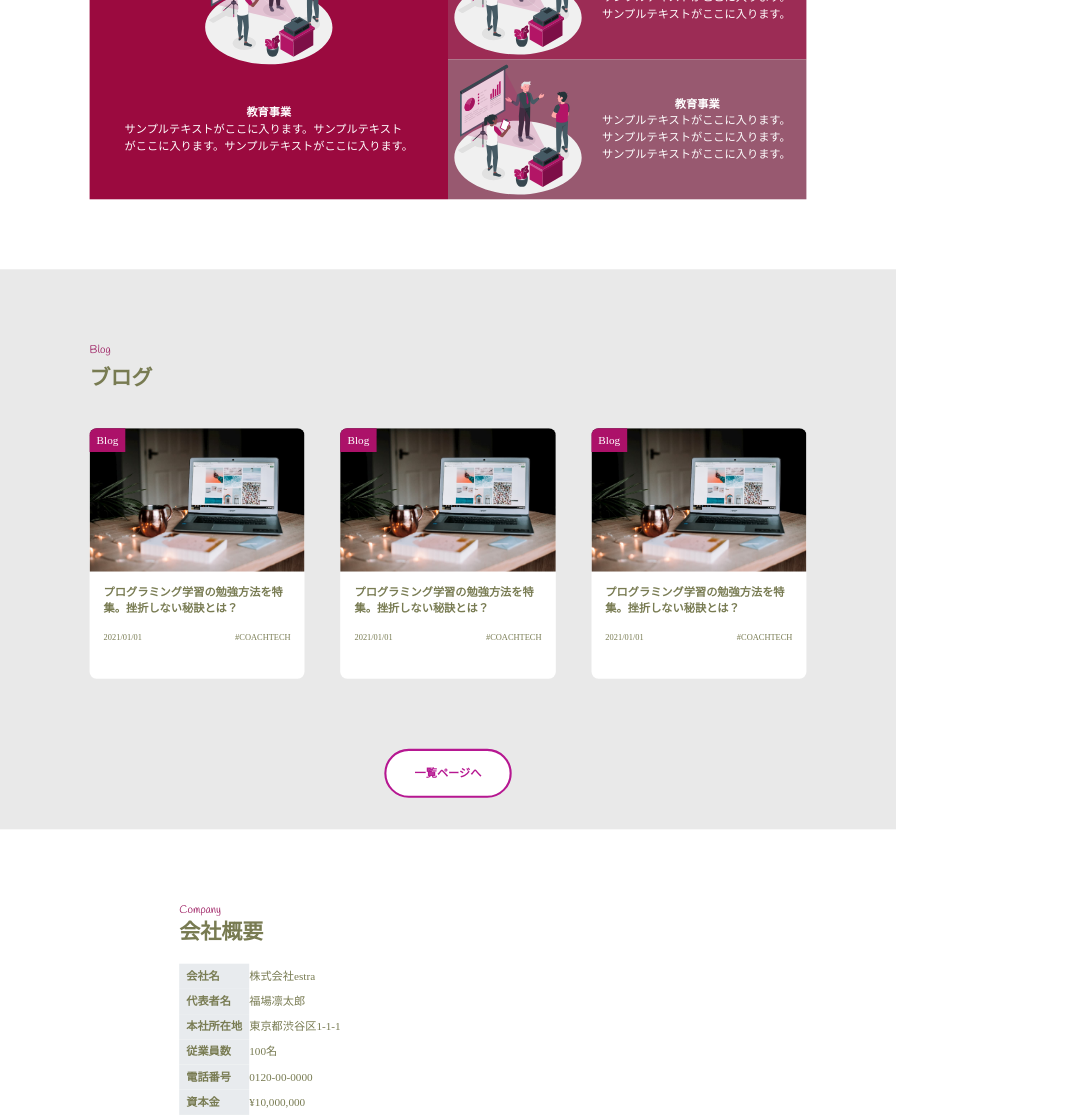
Repository: masanarimiura/20220504miura
Page: index.html
The author's editor kept a copy of each file at every save. The page is drawn from the files as they stood at one save, then again after a run of saves.
The browser window is 1280 px wide. The page is 1536 px wide, so the pictures cover 1536 px, including what lies to the right of the window. The pictures show the part of the page from y = 2034 to 3634 px (the page is 3627 px tall before and 3634 px after), at 70% of full size.
Some web fonts or font styles are not loaded; a fallback is used.

Above is the page before, as saved 2022-05-05 01:00:26.

After the next 4 saves:
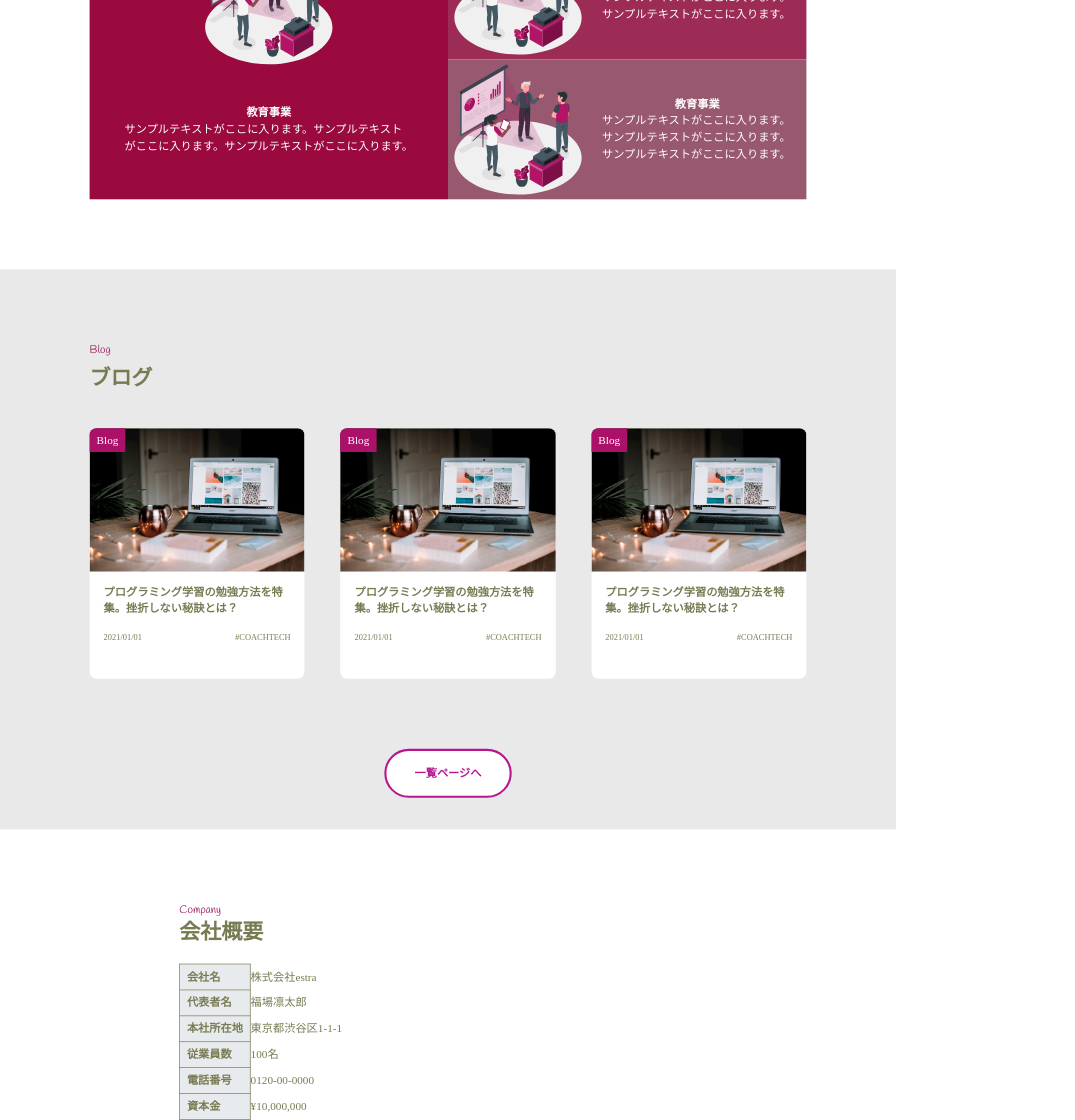
The 4 saves are shown as one change because they came seconds apart.
The last was saved 10 s later.
--- a/css/style.css
+++ b/css/style.css
@@ -276,7 +276,7 @@ a {
   background-color: rgb(232, 235, 238);
   padding: 10px;
   text-align: left;
-  border: 1p;
+  border: 1px solid ;
 }
 .company-tr td {
 }
